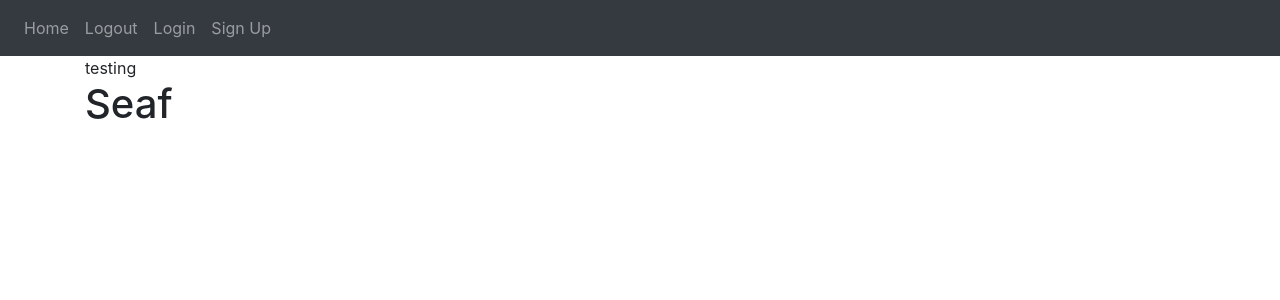
Repository: seafgomaa/userdashboard-flask
Page: http://localhost/login
These files come from the project's save history. The page is drawn as it stood at one moment and after the next save; the edit follows.
The browser window is 1280 px wide. The pictures show the whole page.
Some web libraries are served in a nearby version. The page is served by the project's application, run on Flask 3 (website/__init__.py).

Above is the page before, as saved 2022-08-10 19:50:42.

After the next save:
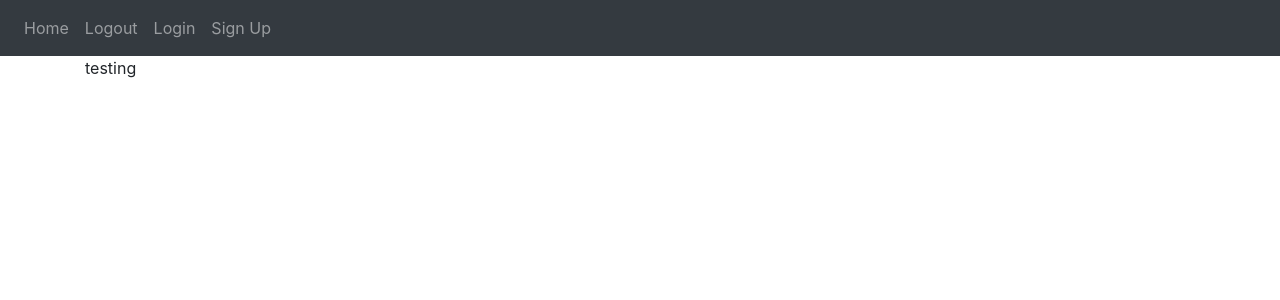
Saved 4 s later.
--- a/website/templates/login.html
+++ b/website/templates/login.html
@@ -2,5 +2,4 @@
 {% block title %}Login{% endblock %}
 {% block content %}
 {{text}}
-<h1>Seaf</h1>
 {% endblock %}
